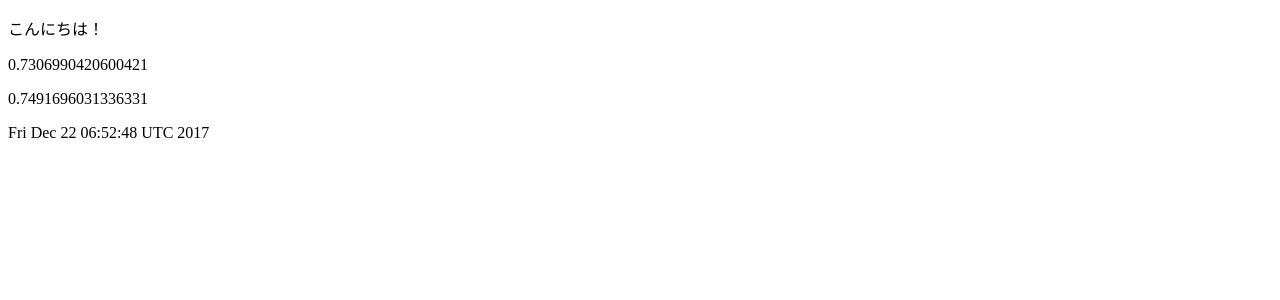
Repository: nununukibook/backup
Page: http://localhost/HelloJSP/
An editor plug-in stored every save of this project. The page is shown before and after the next save, followed by the edit.
The browser window is 1280 px wide. The pictures show the whole page.
The page is served by Tomcat 9.

Above is the page before, as saved 2017-12-26 04:35:25.

### HelloJSP/WebContent/index.jsp
<%@ page language="java" contentType="text/html; charset=UTF-8"
    pageEncoding="UTF-8"%>
<!DOCTYPE html>
<html>
<head>
<meta charset=UTF-8">
<title>TEST</title>
</head>
<body>
<p>こんにちは！</p>
<p><%out.println(Math.random()); %></p>
<p><%=Math.random() %></p>

<% out.println(new java.util.Date()); %>
</body>
</html>

After the next save:
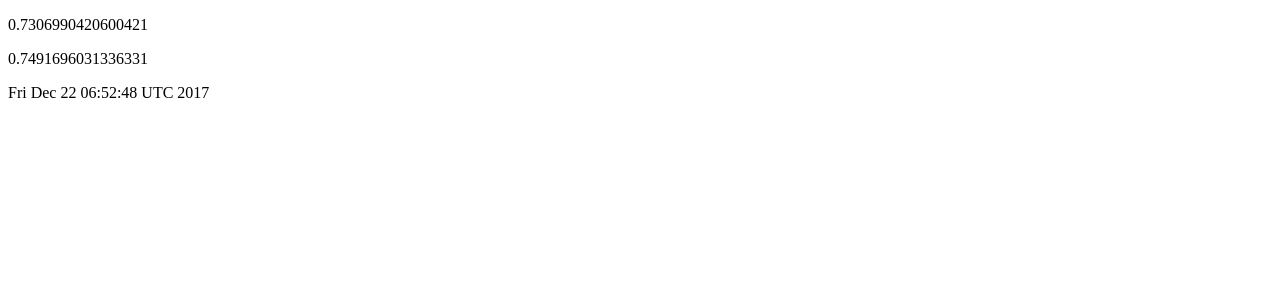
Saved 33 s later.
--- a/HelloJSP/WebContent/index.jsp
+++ b/HelloJSP/WebContent/index.jsp
@@ -7,7 +7,6 @@
 <title>TEST</title>
 </head>
 <body>
-<p>こんにちは！</p>
 <p><%out.println(Math.random()); %></p>
 <p><%=Math.random() %></p>
 
